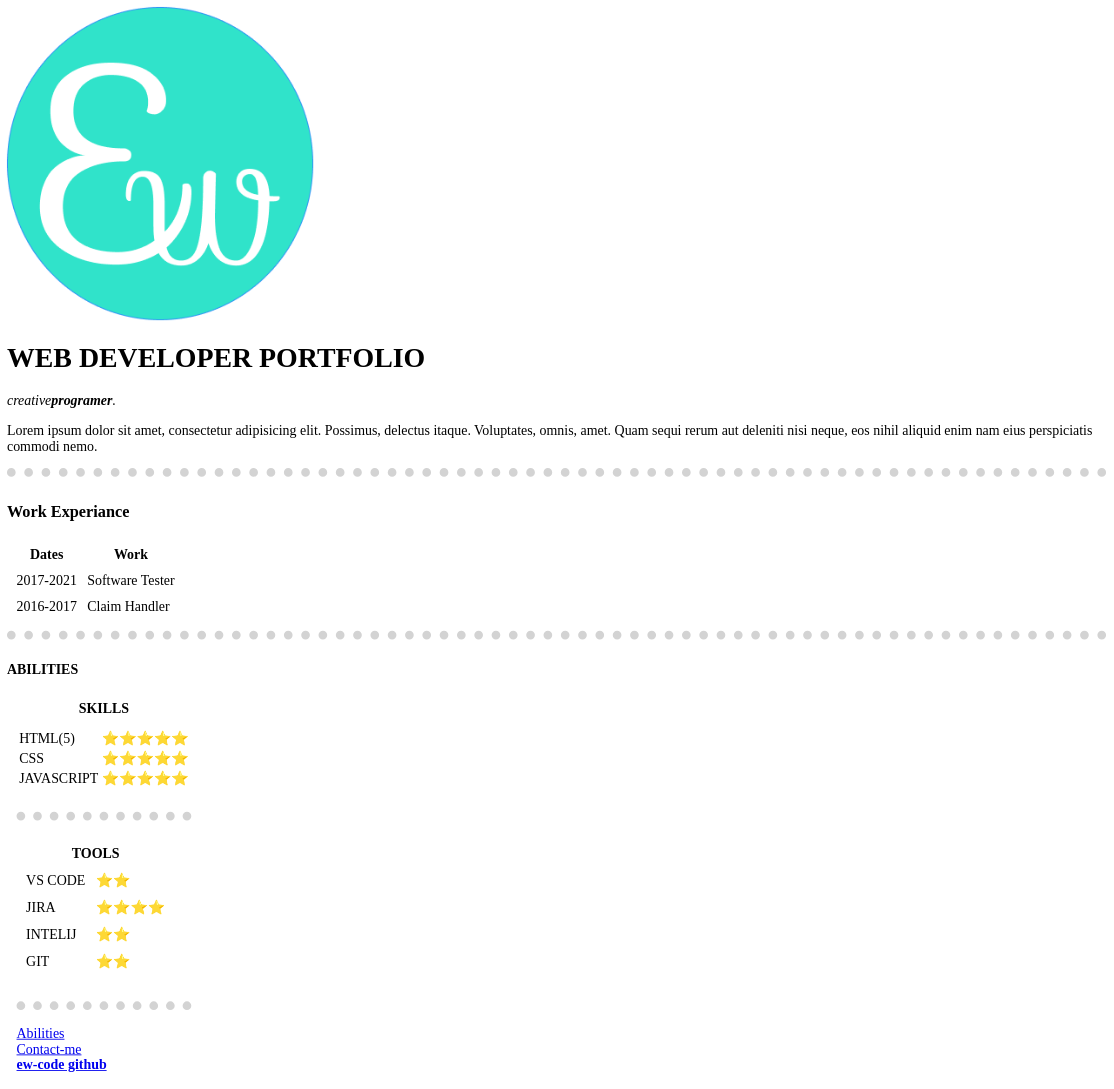
Repository: ew-code/Web-Development
Page: HTML - Personal Site/index.html
These files come from the project's save history. The page is drawn as it stood at one moment and after the next save; the edit follows.
The browser window is 1280 px wide. The pictures show the whole page, at 87% of full size.

Above is the page before, as saved 2021-01-06 21:14:37.

After the next save:
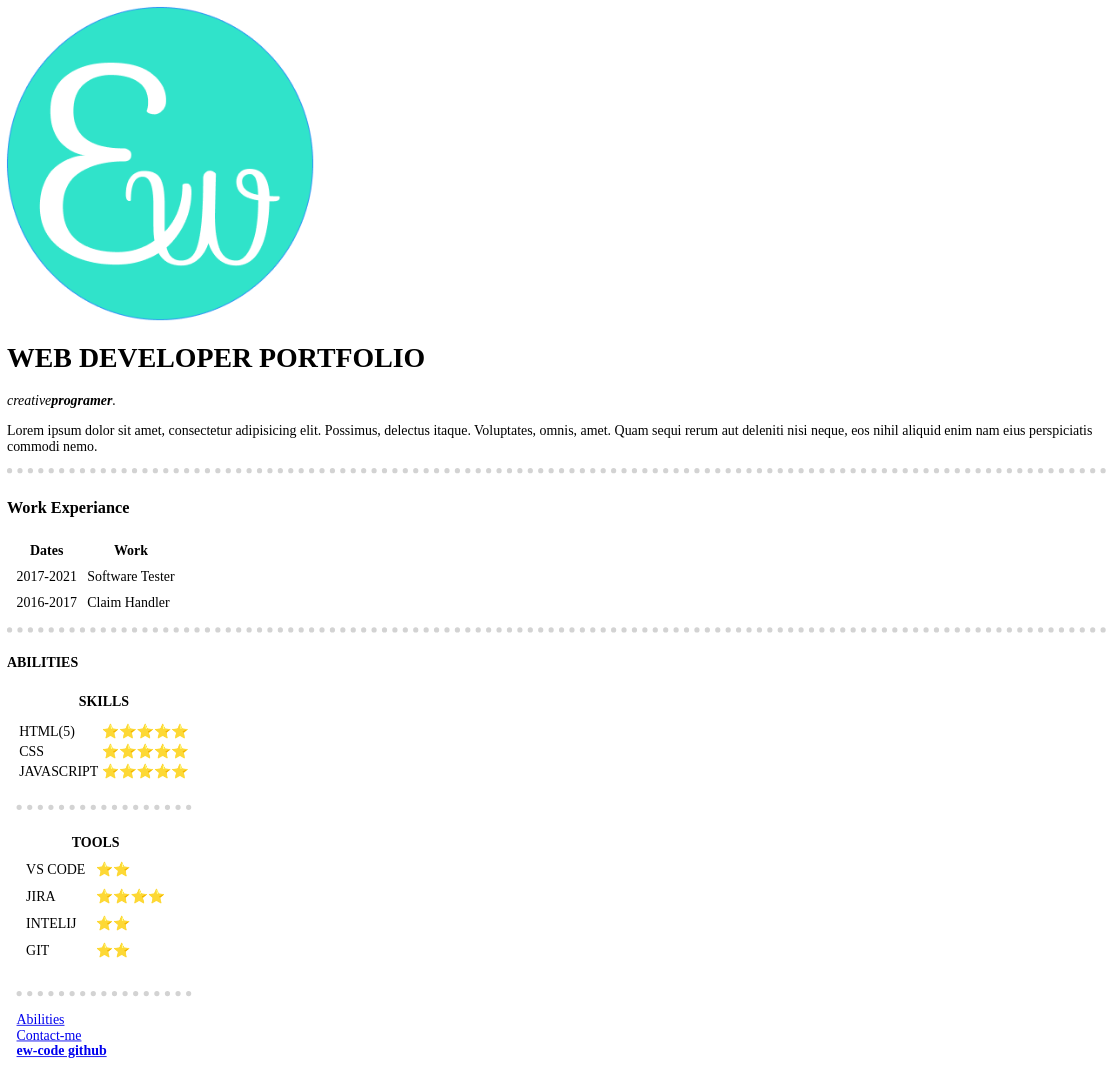
Saved 9 s later.
--- a/HTML - Personal Site/index.html
+++ b/HTML - Personal Site/index.html
@@ -8,7 +8,7 @@
    }
 
    hr {
-      border-top: 10px dashed lightgray;
+      border-top: 6px dashed lightgray;
      border-style: none;
      height: 10px;
      border-top-style: dotted;
